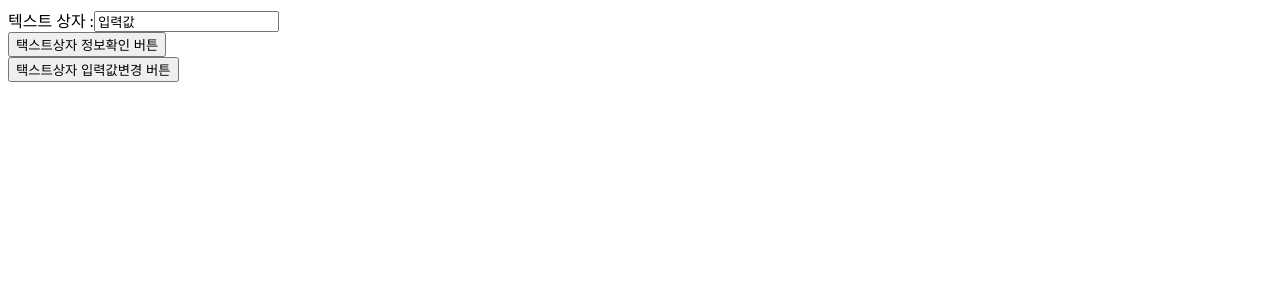
Repository: hololog/workspace_jsp1
Page: JspStudy/src/main/webapp/js1/test14.html
These files come from the project's save history. The page is drawn as it stood at one moment and after the next save; the edit follows.
The browser window is 1280 px wide. The pictures show the whole page.
After loading, the first visible `input[onclick="f2()"]` was clicked once.

Above is the page before, as saved 2021-12-09 08:38:28.

### JspStudy/src/main/webapp/js1/test14.html
<!DOCTYPE html>
<html>
<head>
<meta charset="UTF-8">
<title>js1/test14.html</title>
<script type="text/javascript">
//내장객체 window 윈도우창   - location 주소줄
//                      - history 방문기록
//                      - document html 틀 - image , ..
//                                        - form - text,password,textarea
//                                               - radio, checkbox
//                                                - select

//내장객체 window 생략가능
//내장객체 window.document.폼태그.텍스트상자이름 => 큰 주제 : html문서안에 있는 폼태그안의 택스트 상자제어
//								          => 멤버변수
//                                           type 상자타입을 저장하는 변수 ,
								//           value 입력된 값을 저장하는 변수,
								//        => 멤버함수(메서드)
								//          focus() 텍스트상자 활성화
								//          blur() 텍스트상자 비활성화
								//          select()텍스트 상자 글자 블럭 설정
//내장객체 호출    =>document.폼태그.텍스트상자이름.type, document.폼태그.텍스트상자이름.value,
//                document.폼태그.텍스트상자이름.blur(), document.폼태그.텍스트상자이름.select()

function f1() {
	alert(document.fr.id.type);
	alert(document.fr.id.value);
// 	document.fr.id.focus();
// 	document.fr.id.blur();
    document.fr.id.select();
}

function f2() {
	document.fr.id.value="입력값";

}
</script>
</head>
<body>
<form action="a.jsp" method="get" name="fr">
텍스트 상자 :<input type="text" name="id" value="값"><br>
<input type="button" value="택스트상자 정보확인 버튼" onclick="f1()"><br>
<input type="button" value="택스트상자 입력값변경 버튼" onclick="f2()"><br>
</form>
</body>
</html>

After the next save:
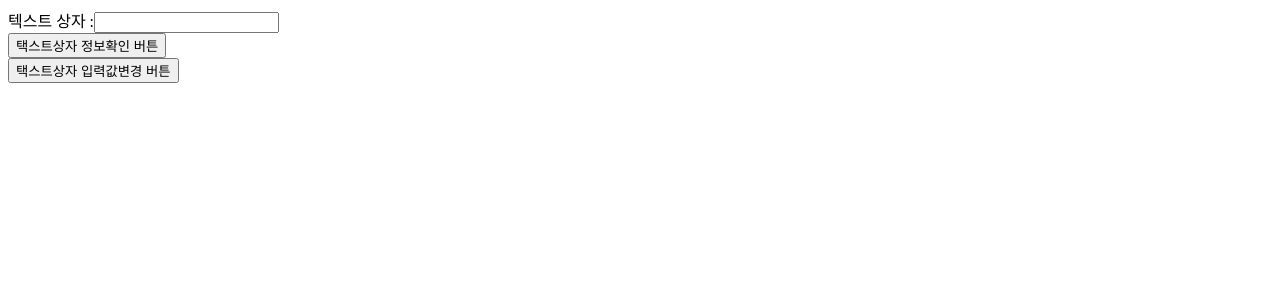
Saved 36 s later.
--- a/JspStudy/src/main/webapp/js1/test14.html
+++ b/JspStudy/src/main/webapp/js1/test14.html
@@ -33,7 +33,7 @@ function f1() {
 
 function f2() {
 	document.fr.id.value="입력값";
-
+	document.fr.id.value="";
 }
 </script>
 </head>
